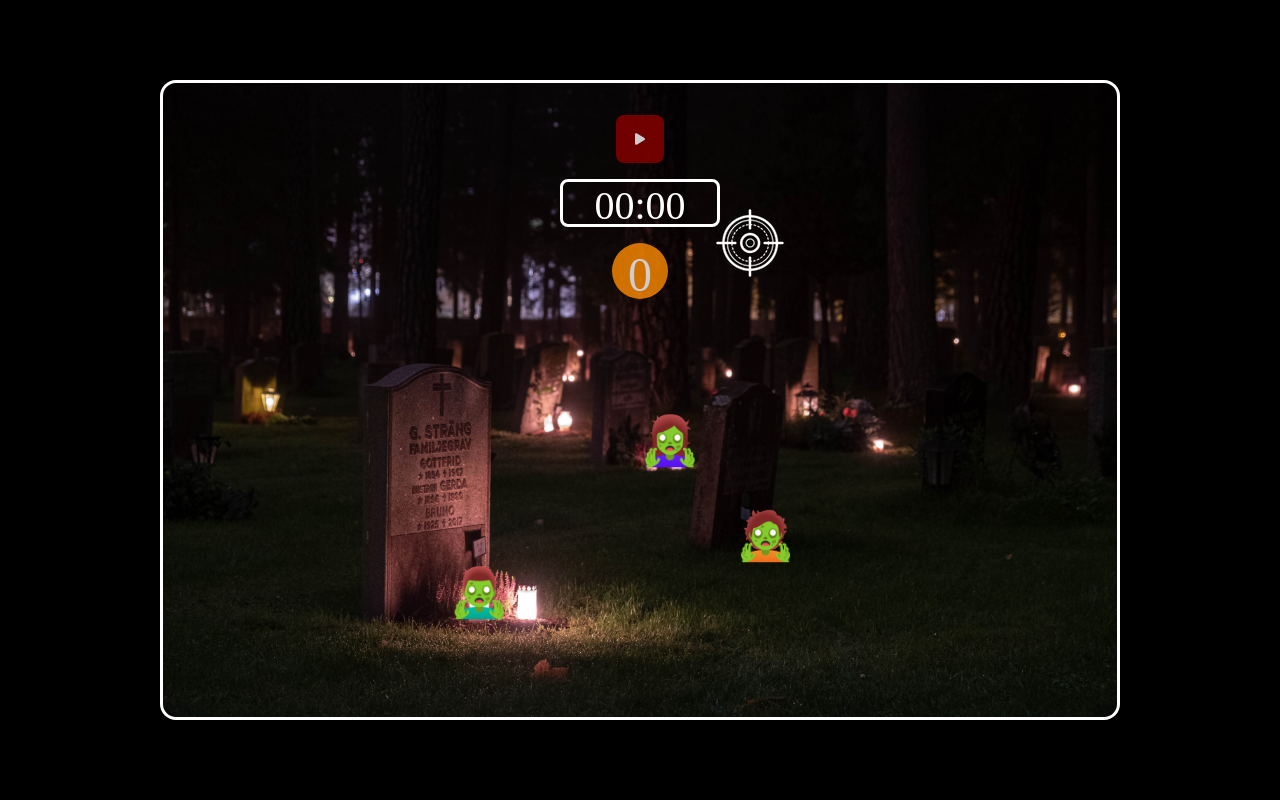
Repository: MrJinkyu/ZombieGame
Page: index.html
The author's editor kept a copy of each file at every save. The page is drawn from the files as they stood at one save, then again after the next save.
The browser window is 1280 px wide. The pictures show the whole page.
Some web libraries are served in a nearby version.

Above is the page before, as saved 2023-04-08 23:11:16.

After the next save:
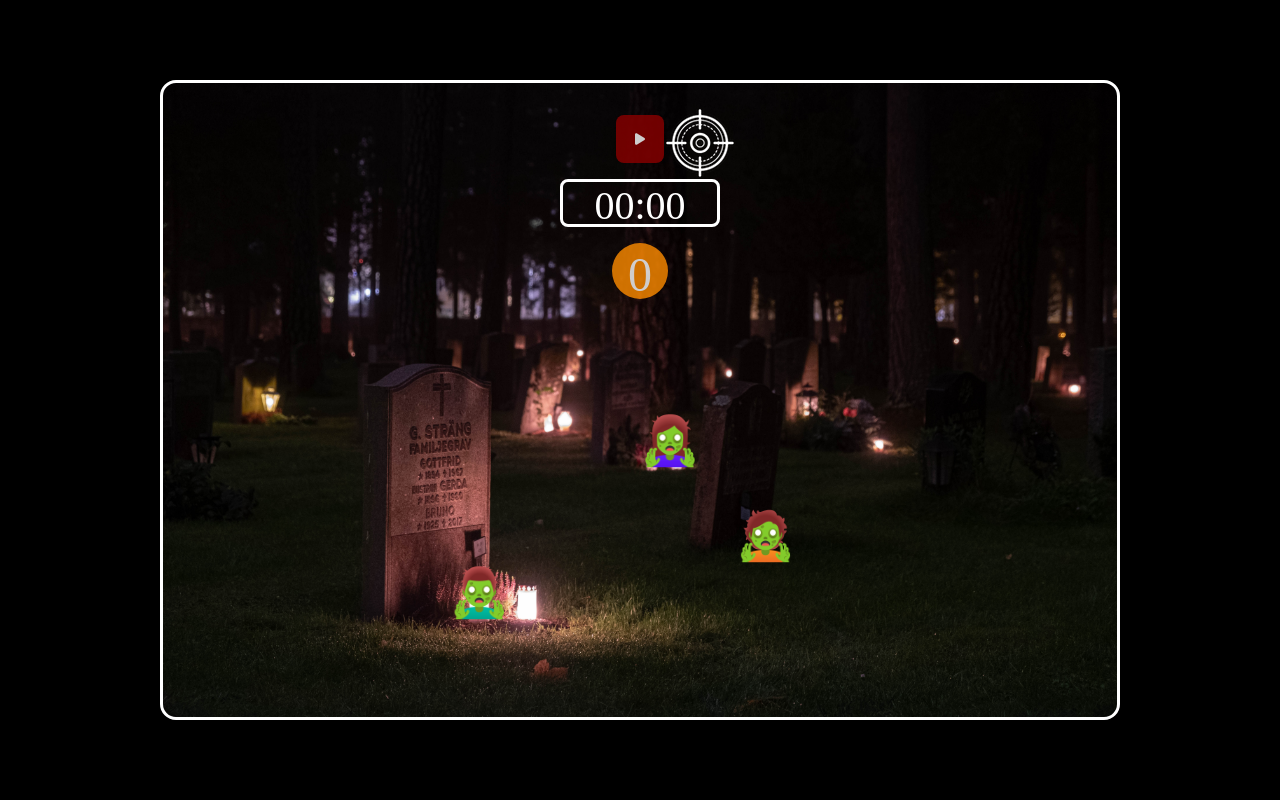
Saved 7 s later.
--- a/style.css
+++ b/style.css
@@ -21,7 +21,6 @@ body{
 
 .game__target{
     position: absolute;
-    transform: translate(50px,100px);
 }
 
 .game__header{
